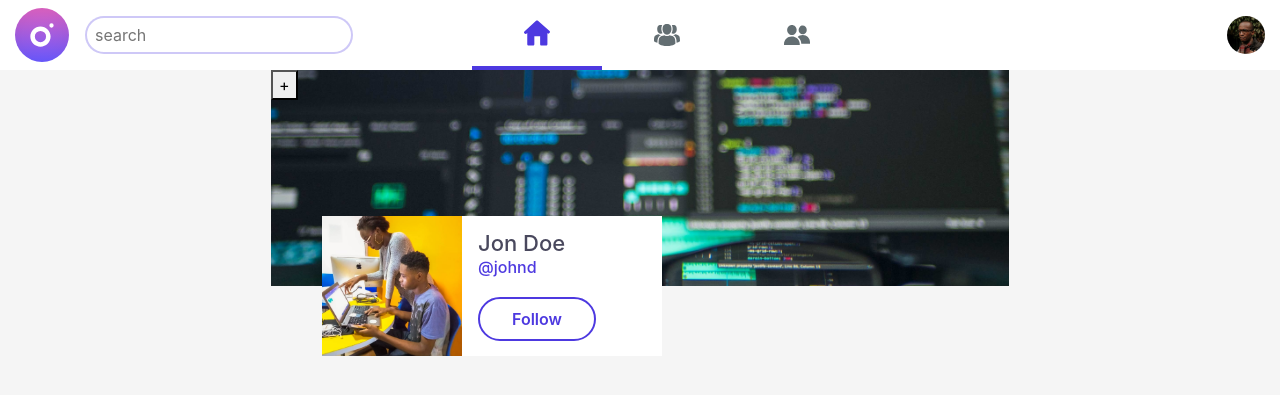
Repository: Flovet-stack/memic
Page: admin-profile.html
These files come from the project's save history. The page is drawn as it stood at one moment and after the next save; the edit follows.
The browser window is 1280 px wide. The pictures show the whole page.
Some web fonts or font styles are not loaded; a fallback is used.

Above is the page before, as saved 2020-10-27 23:36:04.
Console error: TypeError: Cannot read properties of undefined (reading 'fn')

### admin-profile.html
<!DOCTYPE html>
<html lang="en">
<head>
    <meta charset="UTF-8">
    <meta name="viewport" content="width=device-width, initial-scale=1.0">
    <link rel="icon" type="image/png" sizes="32x32" href="assets/images/faceit.svg">
    <!-- custom styles -->
    <link rel="stylesheet" href="css/home.css">
    <link rel="stylesheet" href="css/admin-profile.css">

    <!-- custom fonts -->
    <link rel="stylesheet" href="/usr/share/fonts/opentype/malayalam/Manjari-Regular.otf">

    <!-- bootstrap css styles -->
    <link rel="stylesheet" href="dist/css/bootstrap.min.css">
    <title>memes | Home</title>
</head>
<body>
    <!-- start of the home page design template -->

    <!-- start of the head section of the page -->
    <div class="home-head container-fluid">
        <div class="row">
            <div class="home-head-sec-1">
                <div class="logo"><img src="assets/images/faceit.svg" alt=""></div>
                <form>
                    <input data-toggle="tooltip" title="search" type="text" name="" id="" placeholder="search">
                </form>
            </div>
            <div class="home-head-sec-2">
                <a data-toggle="tooltip" title="Home" class="active" href="#">
                    <img class="primary-icon" src="assets/icons/house.svg" alt="">
                    <img class="secondary-icon" src="assets/icons/house-primary.svg" alt="">
                </a>
                <a data-toggle="tooltip" title="Groups" href="#">
                    <img class="primary-icon" src="assets/icons/user-group.svg" alt="">
                    <img class="secondary-icon" src="assets/icons/user-group-primary.svg" alt="">
                </a>
                <a data-toggle="tooltip" title="Friends" href="#">
                    <img class="primary-icon" src="assets/icons/friends.svg" alt="">
                    <img class="secondary-icon" src="assets/icons/friends-primary.svg" alt="">
                </a>
            </div>
            <div class="home-head-sec-3">
                <div class="user-menu">
                    <img src="assets/images/avatar.jpg" alt="">
                </div>
            </div>
        </div>
    </div>
    <!-- end of the head section of the page -->
    <!-- start of the body section of the page -->
    <div class="home-body container-fluid">
        <div class="row">
            <div class="home-center">
                <div class="container-fluid">
                    <div class="profile-card">
                        <div class="profile-cover" style="background: url(assets/images/kevin-ku-w7ZyuGYNpRQ-unsplash.jpg);">
                            <div class="profile-info">
                                <div class="profile-info-pic"><img src="assets/images/Pic.jpg" alt=""></div>
                                <div class="profile-info-details">
                                    <h3>Jon Doe</h3>
                                    <h5>@johnd</h5>
                                    <button class="follow-btn">Follow</button>
                                </div>
                            </div>
                            <button class="change-cover-photo">+</button>
                        </div>
                    </div>
                </div>
            </div>
        </div>
    </div>
    <!-- end of the head section of the page -->

    <!-- end of the home page design template -->

    <script src="dist/js/bootstrap.min.js"></script>
    <script src="https://code.jquery.com/jquery-3.5.1.slim.min.js"
        integrity="sha384-DfXdz2htPH0lsSSs5nCTpuj/zy4C+OGpamoFVy38MVBnE+IbbVYUew+OrCXaRkfj"
        crossorigin="anonymous"></script>
</body>
</html>

### css/home.css
@import 'main-styles.css';
@import 'user-card.css';
@import 'post-card.css';

.home-head {
    width: 100vw;
    height: 70px;
    /* background-color: var(--white-shade-1); */
    background-color: var(--white) !important;
    /* border-bottom: var(--border); */
    padding: var(--padding-1) var(--padding-3);
    position: fixed;
    z-index: 9;
}
.home-head .row {
    text-align: center;
    justify-content: space-between;
}
.home-head-sec-1 {
    width: calc((100vw - 740px) / 2);
    height: calc(70px - (var(--padding-1) * 2));
    display: flex;
}
.home-head-sec-1 .logo {
    height: 100%;
    width: auto;
    display: grid;
    align-items: center;
    justify-content: center;
}
.home-head-sec-1 .logo img {
    height: calc(70px - (var(--padding-1) * 2));
    width: calc(70px - (var(--padding-1) * 2));
}
.home-head-sec-1 form {
    height: 100%;
    width: auto;
    display: grid;
    align-items: center;
    margin-left: var(--padding-2);
}
.home-head-sec-1 form input {
    height: 70%;
    width: auto;
    display: grid;
    justify-content: center;
    outline: none;
    padding: 0 var(--padding-1);
    border: 2px solid var(--secondary-overlay);
    border-radius: var(--border-radius);
    transition-duration: var(--duration);
}
.home-head-sec-1 form input:focus {
    border: 3px solid var(--secondary-overlay);
    transition-duration: var(--duration);
    height: 85%;
}
.home-head-sec-2 {
    height: calc(70px - (var(--padding-1) * 2));
    max-width: 740px;
    width: 740px;
    display: flex;
    align-items: center;
    justify-content: center;
}
.home-head-sec-2 a {
    width: 130px;
    height: 100%;
    display: flex;
    align-items: center;
    justify-content: center;
    outline: none;
    border-radius: var(--border-radius);
    transition-duration: var(--duration);
}
.home-head-sec-2 a:hover {
    background-color: var(--white-shade-1);
    transition-duration: var(--duration);
}
.home-head-sec-2 a img{
    width: 20%;
}
.home-head-sec-3 {
    text-align: right;
    display: grid;
    align-content: center;
    /* background-color: red; */
    width: calc((100vw - 740px) / 2.5);
    height: calc(70px - (var(--padding-1) * 2));
}
.secondary-icon{
    display: none;
}
.home-head-sec-2 a.active {
    height: 70px !important;
    border-radius: 0 !important;
    background-color: transparent;
    border-bottom: 4px solid var(--secondary-color);
}
.home-head-sec-2 .active:hover {
    background-color: transparent !important;
}
.active .secondary-icon {
    display: block;
}
.active .primary-icon {
    display: none;
}
.home-head-sec-3 .user-menu img {
    width: calc(70px - (var(--padding-2) * 2));
    height: calc(70px - (var(--padding-2) * 2));
    border-radius: var(--circular-radius);
}
/* @media (min-width: 768px) {
  .container {
    max-width: 720px;
  }
}

@media (min-width: 992px) {
  .container {
    max-width: 960px;
  }
}

@media (min-width: 1200px) {
  .container {
    max-width: 1140px;
  }
} */

/* start of the home body section */
.home-body {
    width: 100vw;
    /* height: calc(100vh - 70px); */
}
.home-left {
    width: 20vw;
    height: calc(100vh - 70px);
    padding: var(--padding-2);
    position: fixed;
    top: 70px;
    left: 0;
    background-color: var(--white);
}
.home-center {
    /* border-top: var(--border); */
    position: absolute;
    left: 20vw;
    top: 70px;
    width: 60vw;
    height: auto;
    box-sizing: border-box !important;
}
.home-center-sub {
    margin: var(--padding-2) auto;
    width: 75% !important;
    min-width: 430px;
}
.home-right {
    width: 20vw;
    height: calc(100vh - 70px);
    background-color: var(--white);
    position: fixed;
    top: 70px;
    right: 0;
    padding: var(--padding-2);
}
/* end of the home body section */
/* start of the home left section */
.home-left .user-card {
    width: 100%;
}
.home-left .user-card:hover {
    background-color: var(--transparent-overlay);
}
.home-left .user-card .card-time {
    display: none;
}
#home-left-nav-1 {
    width: 100%;
    height: auto;
    margin-top: var(--padding-3) !important;
    padding: 0;
}
.home-left ul {
    width: 100%;
    height: auto;
}
.home-left .nav-item {
    list-style-type: none;
    width: 100%;
    height: auto;
}
.home-left .nav-link {
    width: 100%;
    height: auto;
    font-size: var(--font-size-2);
    border-radius: var(--border-radius);
    background-color: transparent;
    color: var(--text-color);
    font-weight: 500;
    display: flex;
    transition: var(--duration);
}
.home-left .nav-link:hover {
    background-color: var(--transparent-overlay);
    transition: var(--duration);
}
.home-left .nav-link .nav-link-icon {
    width: 15%;
    display: flex;
    justify-content: right;
    align-items: center;
}
.home-left .nav-link .nav-link-detail {
    width: 80% !important;
    /* background-color: rgba(172, 255, 47, 0.596); */
    display: grid;
    align-items: center;
}
.nav-link-detail-text {
    font-size: var(--font-size-2);
    line-height: 18px;
}
.nav-link-detail-info {
    font-size: calc(var(--font-size-1) - 2px);
    line-height: 15px;
    color: var(--secondary-color);
}
.nav-link-icon img {
    width: 40px;
    height: 40px;
}
.home-left hr {
    width: 100%;
    border: none;
    height: 3px;
    background-color: var(--white-shade-2);
}
#home-left-nav-2 h6 {
    color: var(--text-color);
    font-weight: 600;
}
#home-left-footer {
    width: 100%;
    height: au;
    position: absolute;
    top: 100%;
    transform: translateY(-100%);
}
#home-left-footer ul {
    width: 100%;
    height: auto;
    padding: 0 !important;
    padding: 0 5px;
}
#home-left-footer li {
    display: inline-block;
    list-style-type: none;
    color: var(--border-color);
}
#home-left-footer li::after {
    content: '.';
    position: absolute;
    bottom: 50%;
    padding-left: 5px;
}
#home-left-footer li:last-child::after {
    content: '';
}
#home-left-footer a {
    color: var(--dark-overlay);
    font-size: calc(var(--font-size-1) - 3px);
}
#home-left-footer a:hover {
    color: var(--dark-overlay)
}
/* end of the home left section */
/* Start of the status section */
.home-center-top {
    width: 59.2vw;
    height: 3px;
    background-color: var(--white-shade-2);
    position: fixed;
    margin: 0 !important;
    z-index: 9;
    /* padding-top: var(--padding-2); */
}
.status-section {
    width: auto;
    height: 250px;
    display: flex;
    margin-bottom: var(--padding-2);
    transition-duration: var(--duration);
    padding: 0 !important;
}
.status-section:hover {
    transition-duration: var(--duration);
}
.status {
    width: 160px;
    height: 100%;
    border-radius: var(--border-radius);
    background-color: var(--white-shade-2);
    margin-right: var(--padding-1);
    background-repeat: no-repeat !important;
    background-position: center !important;
    background-size: cover !important;
    transition-duration: var(--duration);
}
.status:hover {
    position: relative;
    transform: scale(1.03);
    z-index: 2;
    transition-duration: var(--duration);
}
.status:hover .status-sub {
    background-color: var(--secondary-overlay);
    transition-duration: var(--duration);
}
.status-sub {
    padding-top: var(--padding-2);
    width: 100%;
    height: 100%;
    border-radius: var(--border-radius);
    background: linear-gradient( 130deg, var(--dark-overlay), transparent);
    transition-duration: var(--duration);
}
.status-sub .user-card {
    margin: 0 auto;
    transform: scale(.9);
}
.status-sub .user-card-pic {
    border: 3px solid var(--secondary-color);
}
.status-sub .username,
.status-sub .card-time {
    color: var(--white);
}
/* end of the status section */
/* Start of the right sidebar section */
.home-right .event-section {
    width: 100%;
    height: auto;
}
.right-sidebar-event {
    width: 100%;
    height: auto;
    background-color: transparent;
    display: flex;
    /* transform: scale(.97); */
    border-radius: calc(var(--border-radius));
    transition-duration: var(--duration);
    text-decoration: none;
}
.right-sidebar-event:hover {
    background-color: var(--white-shade-1);
    transition-duration: var(--duration);
    text-decoration: none;
}
.right-sidebar-event-img {
    width: 35%;
    height: auto;
    transform: scale(.9);
}
.right-sidebar-event-img img {
    width: 100%;
    border-radius: calc(var(--border-radius));
}
.right-sidebar-event-details {
    width: 65%;
    display: grid;
    align-content: center;
    padding-left: var(--padding-1);
    color: var(--text-color)
}
.right-sidebar-event-details h5 {
    font-size: var(--font-size-2);
    line-height: .5;
    font-weight: 600;
}
.right-sidebar-event-details h6 {
    font-size: var(--font-size-1);
}
.home-right hr {
    width: 100%;
    border: none;
    height: 3px;
    background-color: var(--white-shade-2);
}
.home-right-notification {
    width: 100%;
    height: auto;
}
.home-right-notification h6 {
    margin-top: var(--padding-2);
    color: var(--text-color);
}
.notification-reply {
    margin-top: var(--padding-1);
    width: 100%;
    height: auto;
    display: flex;
    justify-content: space-between;
}
.notification-reply button {
    width: 49%;
    height: 40px;
    border-radius: var(--border-radius);
    border: none;
    color: var(--text-color);
    transition-duration: var(--duration);
    font-weight: 600;
    outline: none !important;
}
.notification-reply button:hover {
    background-color: var(--white-shade-1);
    transition-duration: var(--duration);
}
.notification-reply button.confirm-request {
    background-color: var(--secondary-color);
    color: var(--white);
    transition-duration: var(--duration);
}
.notification-reply button.confirm-request:hover {
    background-color: var(--secondary-overlay);
    transition-duration: var(--duration);
    color: var(--text-color);
}
/* end of the right sidebar section */

@media (max-width: 768px) {
    .home-head-sec-2 {
        margin: 0 !important;
        width: 340px;
    }
    .home-head-sec-1 form {
        display: none;
    }
    .home-head-sec-1 ,
    .home-head-sec-3 {
        width: calc((100vw - 340px) / 2.5);
    }
    .home-head-sec-1 .logo img {
        height: calc(70px - (var(--padding-2) * 2));
        width: calc(70px - (var(--padding-2) * 2));
    }
    .status-section {
        display: none;
    }
    .home-center {
        width: 100vw;
        position: absolute;
        left: 0;
    }
    .post-card {
        width: 100%;
        margin: var(--padding-2) auto;
    }
    .home-right,
    .home-left {
        display: none;
        width: 0px;
    }
}

@media (min-width: 992px) {
    /* .post-card {
        width: 960px;
    } */
}

@media (min-width: 1200px) {
}

### css/admin-profile.css
.profile-card {
    width: 100%;
    height: auto;
    background-color: red;
}
.profile-cover {
    width: 100%;
    height: 30vh;
    background-color: blue;
    background-size: 100% !important;
    background-position: center !important;
}
.profile-info {
    width: 340px;
    height: 140px;
    background-color: var(--white);
    position: absolute;
    top: 100%;
    transform: translate(15%, -50%);
    display: flex;
    /* border-radius: 70px; */
    /* border-top-right-radius: 70px;
    border-bottom-right-radius: 70px; */
}
.profile-info-pic {
    width: 140px;
    height: 140px;
    background-color: var(--secondary-color);
}
.profile-info-pic img {
    width: 100%;
    height: 100%;
    /* border-top-right-radius: var(--circular-radius);
    border-bottom-right-radius: var(--circular-radius); */
}
.profile-info-details {
    padding: var(--padding-2);
}
.profile-info-details h3 {
    color:var(--text-color);
    font-size: var(--font-size-4);
    line-height: 1;
}
.profile-info-details h5 {
    color:var(--secondary-color);
    font-size: var(--font-size-1);
    line-height: .7;
}
.profile-info-details .follow-btn {
    margin-top: var(--padding-2);
}

### css/main-styles.css
:root {
    /* color palette */
    --white: #fff;
    /* --white: #1e272e !important; */
    --white-shade-0: rgb(253, 253, 253);
    --white-shade-1: #f0f8ff;
    --white-shade-2: #ececec79;
    --white-shade-3: #d0d0d0;
    --border-color: #b2bec3;
    --primary-color: #636E72;
    /* --secondary-color: #6c5ce7; */
    --secondary-color: #4d39e0;
    --secondary-overlay: #4d39e046;
    /* --secondary-overlay: #6c5ce746; */
    --red: #d63031;
    /* --red: #970f3c; */
    --dark-overlay: rgba(10, 2, 19, 0.479);
    --transparent-overlay: #ebf6ff;
    --transparent-overlay-2: #d0d0d059;

    /* text-editing */
    --font-size-1: 16px;
    --font-size-2: 18px;
    --font-size-3: 20px;
    --font-size-4: 22px;
    --normal: 400;
    --light: 200;
    --thick: 600;
    --font-family: Manjari;
    --text-color: rgb(73, 72, 93);
    /* --text-color: #fff; */

    /* box-styling */
    --padding-1: .5rem;
    --padding-2: 1rem;
    --padding-3: 2rem;
    --border-radius: 50px;
    --circular-radius: 50%;
    --border: 2px solid var(--white-shade-2);

    /* animations */
    --duration: .5s;
}

body {
    box-sizing: border-box;
    font-family: var(--font-family);
    overflow-x: hidden;
    background-color: var(--white-shade-2) !important;
}
.row {
    margin-right: 0 !important;
    margin-left: 0 !important;
}
a {
    outline: none !important;
}
.follow-btn {
    border: 2px solid var(--secondary-color);
    background: var(--whi);
    padding: var(--padding-1) var(--padding-3);
    border-radius: var(--border-radius);
    color: var(--secondary-color);
    transition-duration: var(--duration);
    font-weight: 600;
}
.follow-btn:hover {
    background-color: var(--secondary-color);
    color: var(--white);
    transition-duration: var(--duration);
}

### css/user-card.css
/* start of the user card styling */
.user-card {
    width: 150px;
    height: 50px;
    display: flex;
    color: var(--white);
    text-decoration: none;
    border-radius: var(--border-radius);
    transition-duration: var(--duration);
}
.user-card:hover {
    text-decoration: none;
    background-color: var(--transparent-overlay-2);
    transition-duration: var(--duration);
}
.user-card-pic {
    width: 50px;
    height: 50px;
    border-radius: var(--circular-radius);
    background-repeat: no-repeat !important;
    background-position: center !important;
    background-size: cover !important;
}
.user-card-detail {
    width: auto;
    height: 50px;
    padding-left: var(--padding-1);
    color: var(--text-color);
    display: grid;
    align-content: center;
}
.username {
    font-size: var(--font-size-2);
    font-weight: 600;
}
.card-time {
    font-size: var(--font-size-1);
    color: var(--secondary-color);
}
/* end of the user card styling */

### css/post-card.css
.post-card {
    width: 80%;
    margin: var(--padding-2) auto;
    background-color: var(--white);
    border-radius: var(--border-radius);
    padding: var(--padding-2) 0;
    /* background-color: var(--transparent-overlay); */
    background-color: var(--white);
    border: var(--border);
}
.post-card .user-card {
    margin-left: var(--padding-2);
}
/* .post-card .user-card:hover {
    background-color: var(--secondary-overlay);
} */
.post-card img {
    width: 100%;
}
.post-img {
    transform: scale(.97);
    border-radius: var(--border-radius) !important;
    background-color: var(--transparent-overlay);
}
.post-card-footer {
    margin-top: var(--padding-1);
    padding: 0 var(--padding-2);
    width: 100%;
    display: flex;
    height: auto;
}
.react,
.actions {
    width: 50%;
    height: 50px;
    display: grid;
    align-items: center;
}
.react-sub,
.actions-sub {
    width: 100%;
    height: 100%;
    display: flex;
    text-align: left;
}
.actions-sub {
    flex-direction: row-reverse;
}
.actions-sub a {
    flex-direction: row-reverse;
    margin-right: 0 !important;
    margin-left: var(--padding-1) !important;
}
.react-sub a,
.actions-sub a {
    width: 50px;
    height: 50px;
    background-color: transparent;
    margin-right: var(--padding-1);
    display: flex;
    align-items: center;
    justify-content: center;
    border-radius: var(--circular-radius);
}
.react-sub a img,
.actions-sub a img {
    width: 60%;
    height: auto;
    padding: 0 !important;
    transition-duration: var(--duration);
    border-radius: none !important;
}
.react-sub a:hover,
.actions-sub a:hover {
    background-color: var(--secondary-overlay);
    transition-duration: var(--duration);
}
.react-sub .dislike img{
    transform: rotatez(180deg) !important;
}
.share-options {
    height: auto;
    /* width: 0px; */
    width: calc((30px * 4) + ((var(--padding-1) * 2) * 6));
    background-color: var(--white);
    border-radius: var(--border-radius);
    padding:  var(--padding-1);
    /* box-shadow: 4px 4px 10px 3px var(--white-shade-2); */
    position: absolute;
    /* left: 100px; */
    margin-top: -60px;
    /* margin-left: 200px; */
    transform: scale(.9);
    transition-duration: 1s;
}
.share-options ul {
    width: auto;
    padding: 0 !important;
    margin: 0 !important;
}
.share-options li {
    width: auto;
    display: inline-block;
}
.share-options a{
    padding: var(--padding-1);
    /* background-color: red; */
}
.share-options a:hover {
    background-color: transparent;
}
.share-options a img{
    width: 30px;
    height: 30px;
    padding: .2rem !important;
    transition-duration: var(--duration);
}
.share-options a img:hover {
    transform: scale(1.3);
    transition-duration: var(--duration);
}
.share-icon {
    transition-duration: 1s
}
.share-icon:hover ~ .share-options {
    transition-duration: 1s;
    transform: scale(1);
}

.comment-section {
    width: 100%;
    padding: 0 var(--padding-2);
}
.comment-section h4 {
    font-size: var(--font-size-1);
    color: var(--text-color);
    font-weight: 600;
    margin-bottom: var(--padding-2);
}
.comment-form {
    display: flex;
    justify-content: space-between;
    margin-bottom: var(--padding-3);
}
.comment-form img {
    width: 50px;
    height: 50px;
    padding: 0 !important;
    border-radius: var(--circular-radius);
    margin-right: var(--padding-2);
}
.comment-form textarea {
    width: 75%;
    height: 50px;
    outline: none;
    font-size: var(--font-size-2);
    color: var(--text-color);
    padding: var(--padding-1) var(--padding-2);
    border: 1px solid var(--white);
    border-radius: var(--border-radius);
    transition-duration: var(--duration);
    margin-right: var(--padding-1);
    background-color: var(--white-shade-2);
}
.comment-form textarea:hover {
    border: 1px solid var(--secondary-overlay);
    transition-duration: var(--duration);
}
.comment-form textarea:focus {
    border: 1px solid var(--secondary-overlay);
    background-color: var(--white);
    transition-duration: var(--duration);
}
.comment-form button {
    outline: none !important;
    background-color: var(--secondary-overlay);
    border: none;
    border-radius: var(--circular-radius);
    color: var(--white);
    transition-duration: var(--duration);
}
.comment-form button:hover {
    outline: none;
    background-color: var(--secondary-color);
    transition-duration: var(--duration);
}
.comment {
    width: 95%;
    margin: 0 auto;
    height: auto;
    /* border-bottom: var(--border); */
}
.comment .user-card {
    margin: 0 !important;
}
.comment .user-card-pic {
    width: 30px;
    height: 30px;
    margin-top: 10px;
}
.comment .username {
    font-size: var(--font-size-1);
    line-height: .5;
}
.comment .card-time {
    font-size: calc(var(--font-size-1) - 2px) !important;
    /* line-height: .5; */
}
.comment .comment-content p {
    width: auto;
    height: auto;
    color: var(--text-color);
    margin: 0 calc(var(--padding-1) * 7);
    background-color: var(--white-shade-1);
    padding: var(--padding-1) var(--padding-3);
    border-radius: var(--border-radius);

    /* line-height: 5px; */
}
.comment .comment-like {
    height: 20px;
    font-size: calc(var(--font-size-1) - 2px);
    padding: 0 var(--padding-1);
    border-radius: var(--border-radius);
    position: relative;
    border: none;
    outline: none;
    /* bottom: 100%; */
    left: calc(100% - ((var(--padding-1) * 7) + 1.5rem));
    background-color: var(--secondary-color);
    color: var(--white);
    transition-duration: var(--duration);
    transform: translateY(-125%);
    display: flex;
    align-items: center;
    justify-content: center;
}
.comment .comment-like:hover {
    padding: 0 calc(var(--padding-1) + .1rem);
    transition-duration: var(--duration);
    background-color: var(--secondary-overlay);
}
.comment .comment-like img {
    width: 15px;
    height: 15px;
    margin-left: .3rem;
    transform: translateY(-1.5px);
}

/* @media (min-width: 768px) {
}

@media (min-width: 992px) {
}

@media (min-width: 1200px) {
} */

Loaded but not shown: dist/css/bootstrap.min.css (library); dist/js/bootstrap.min.js (library)

After the next save:
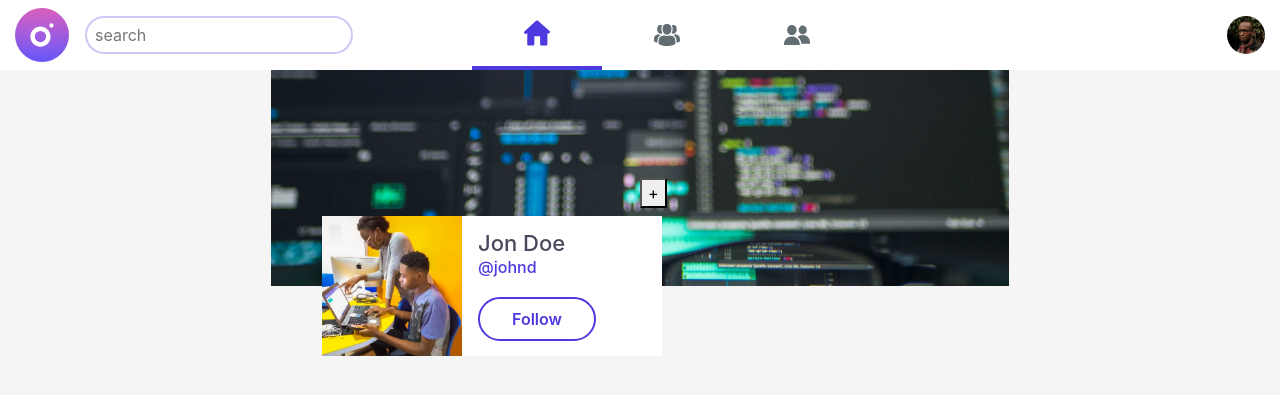
Saved 3 min 58 s later.
--- a/admin-profile.html
+++ b/admin-profile.html
@@ -64,7 +64,7 @@
                                     <button class="follow-btn">Follow</button>
                                 </div>
                             </div>
-                            <button class="change-cover-photo">+</button>
+                            <button class="change-cover-btn">+</button>
                         </div>
                     </div>
                 </div>
--- a/css/admin-profile.css
+++ b/css/admin-profile.css
@@ -49,3 +49,8 @@
 .profile-info-details .follow-btn {
     margin-top: var(--padding-2);
 }
+.change-cover-btn {
+    position: relative;
+    left: 50%;
+    top: 50%;
+}
